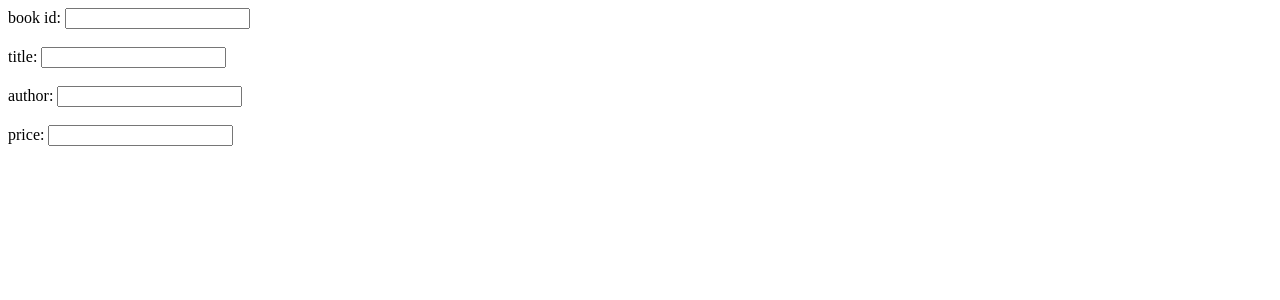
Repository: Saikumar6901/DBSTrainingModules
Page: http://localhost/Bookmanagement/jsps/add.jsp
These files come from the project's save history. The page is drawn as it stood at one moment and after the next save; the edit follows.
The browser window is 1280 px wide. The pictures show the whole page.
The page is served by Tomcat 9.

Above is the page before, as saved 2019-08-15 09:26:02.

After the next save:
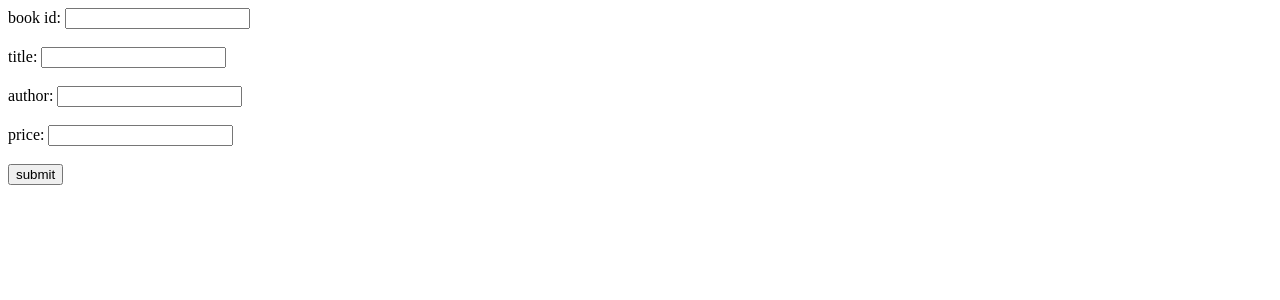
Saved 40 s later.
--- a/eclipse/Bookmanagement/WebContent/jsps/add.jsp
+++ b/eclipse/Bookmanagement/WebContent/jsps/add.jsp
@@ -7,9 +7,13 @@
 <title>Insert title here</title>
 </head>
 <body>
+<form actio="">
  book id: <input type="number" name="bookid" required><br></br>
  title: <input type="text" name="title" required><br></br>
  author: <input type="text" name="author" required><br></br>
  price: <input type="number" name="price" required><br></br>
+ <input type="hidden" name="bookdetails" value="add">
+ <input type="submit" class="subbutton" value="submit"><br>
+ </form>
 </body>
 </html>
